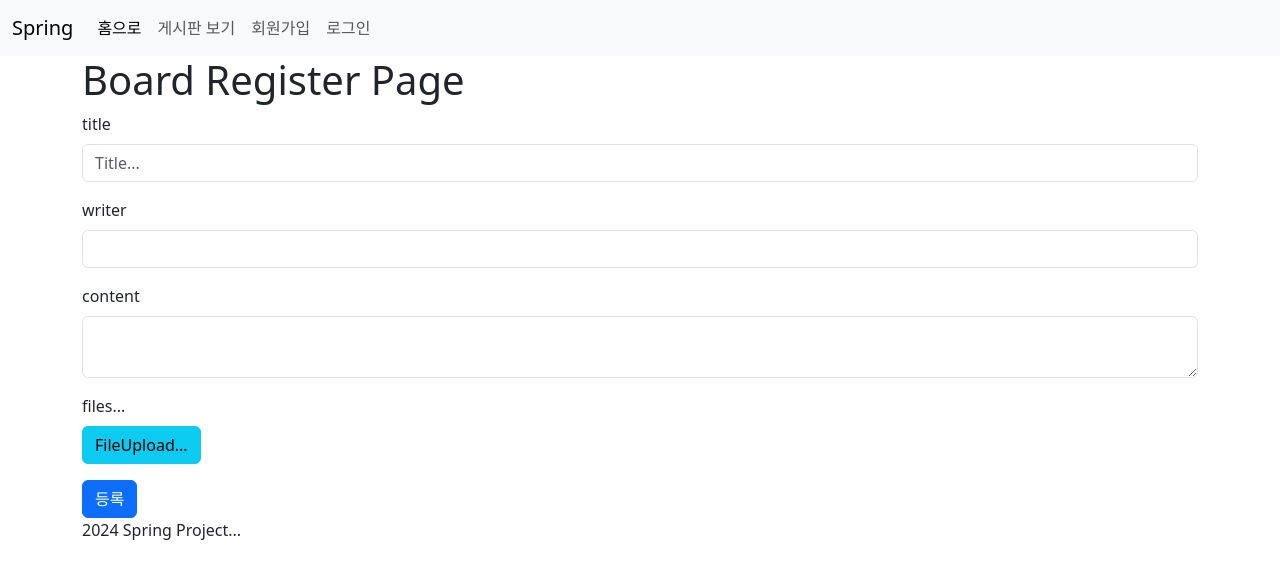
Repository: wanted2001/spring2_project
Page: http://localhost/spring_test2/WEB-INF/views/board/register.jsp
An editor plug-in stored every save of this project. The page is shown before and after the next save, followed by the edit.
The browser window is 1280 px wide. The pictures show the whole page.
The page is served by Tomcat 9. Nobody is signed in. The template is opened directly, without the code that normally fills it, so the values that code supplies are empty.

Above is the page before, as saved 2024-05-08 06:42:30.
Console error: TypeError: Cannot read properties of null (reading 'addEventListener')

After the next save:
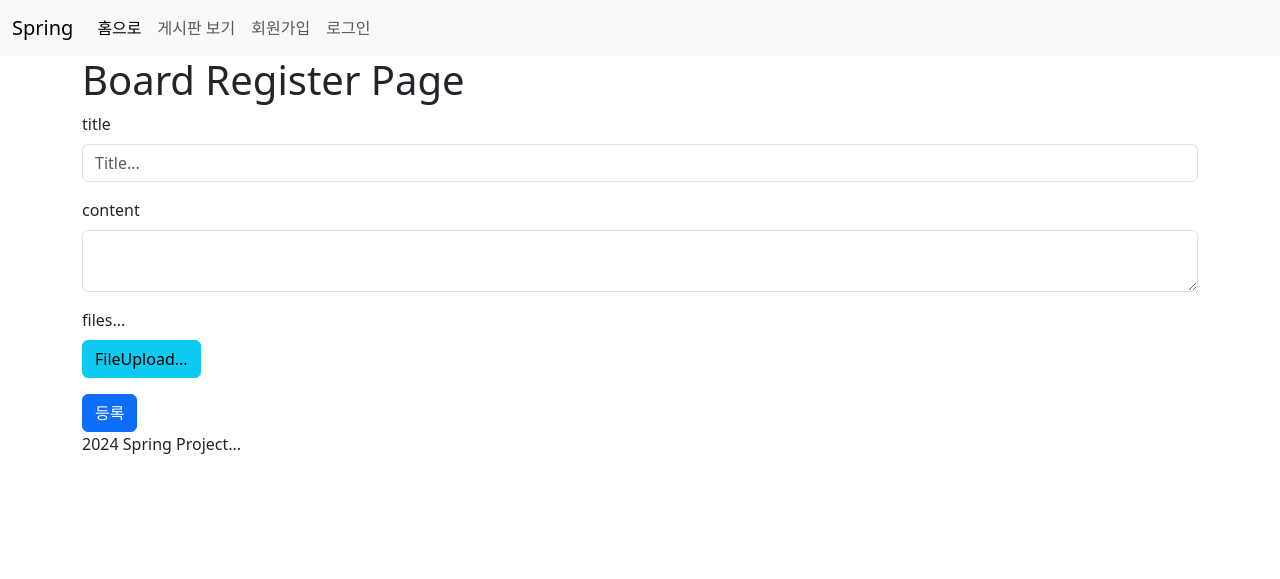
Saved 78 s later.
--- a/spring_test2/src/main/webapp/WEB-INF/views/board/register.jsp
+++ b/spring_test2/src/main/webapp/WEB-INF/views/board/register.jsp
@@ -9,11 +9,13 @@
 	  		<label for="t" class="form-label">title</label>
 	  		<input type="text" class="form-control" name="title" id="t" placeholder="Title...">
 		</div>
-
+		<sec:authorize access="isAuthenticated()">
+		<sec:authentication property="principal.uvo.nickName" var="authNick"/>
 		<div class="mb-3">
 	  		<label for="w" class="form-label">writer</label>
 	  		<input type="text" class="form-control" name="writer" id="w" >
 		</div>
+		</sec:authorize>
 		<div class="mb-3">
   			<label for="c" class="form-label">content</label>
   			<textarea class="form-control" id="c" name="content" aria-label="With textarea"></textarea>
